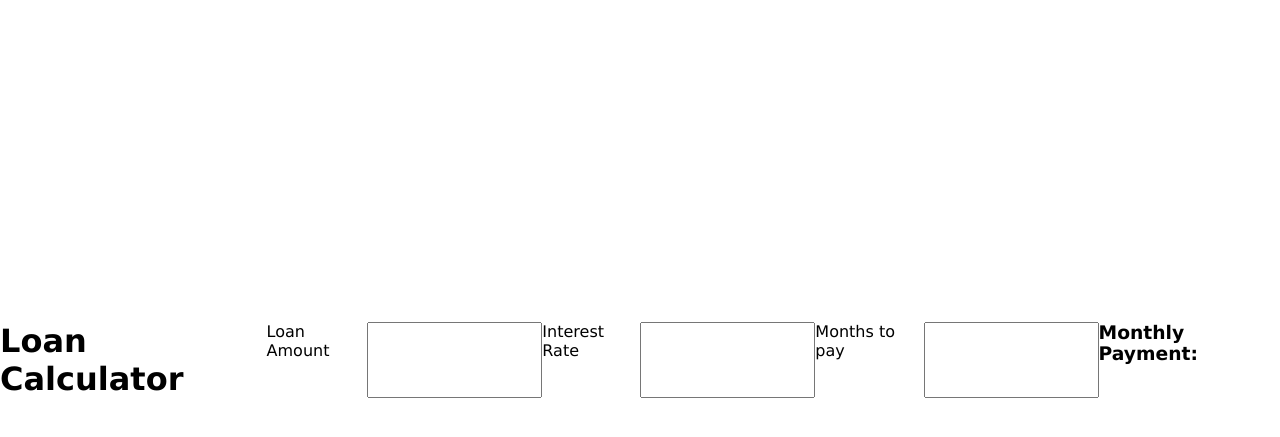
Repository: Ankitkr2021/Loan-Calculator
Page: index.html
These files come from the project's save history. The page is drawn as it stood at one moment and after the next save; the edit follows.
The browser window is 1280 px wide. The pictures show the whole page.

Above is the page before, as saved 2025-10-28 08:49:29.

After the next save:
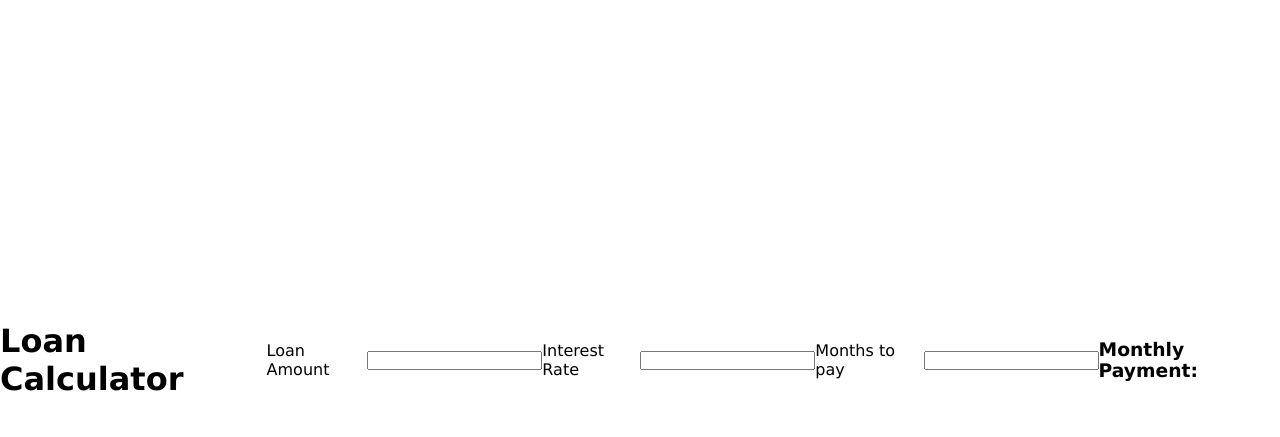
Saved 11 s later.
--- a/style.css
+++ b/style.css
@@ -15,6 +15,6 @@
 
 .box{
     display: flex;
-    /* align-items: center; */
-    justify-content: center;
+    align-items: center;
+    flex-direction: row;
 }
